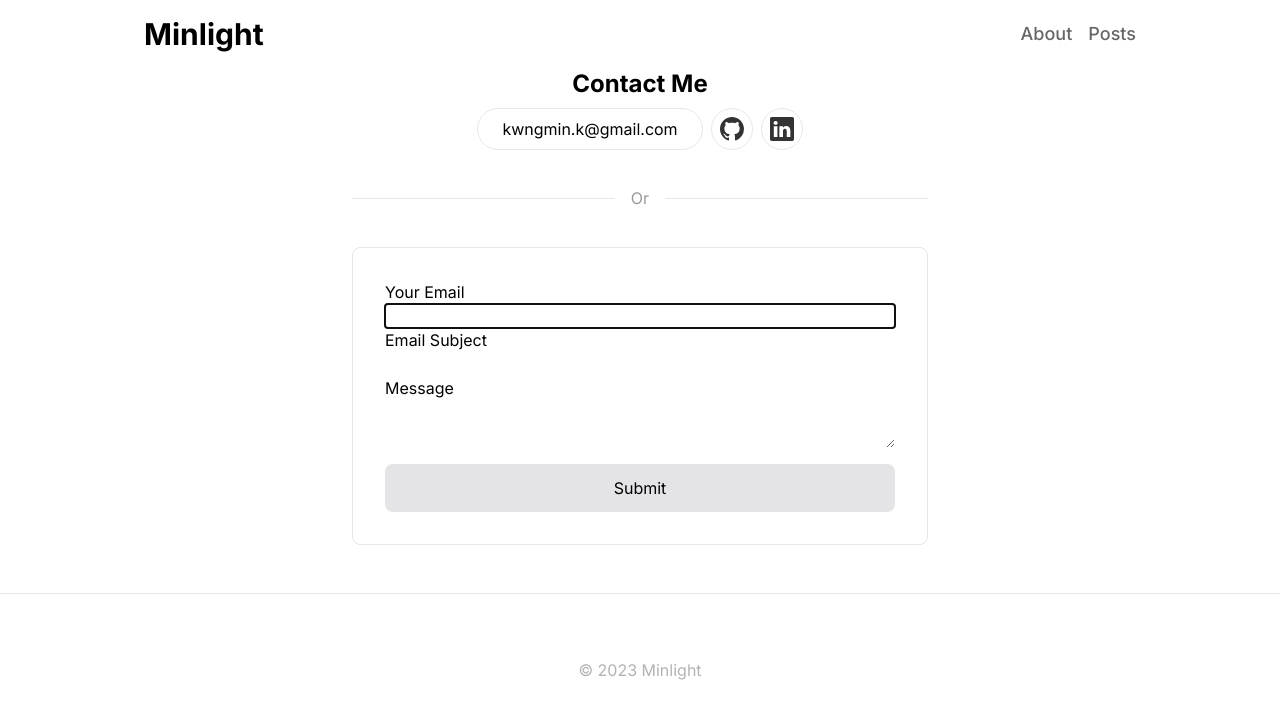
Repository: kwngmin/minlight-blog
Page: /contact
An editor plug-in stored every save of this project. The page is shown before and after the next save, followed by the edit.
The browser window is 1280 px wide. The pictures show the whole page.
The project was rebuilt for these pictures with package versions that can differ from the ones it lists, and the page was loaded fresh each time. The framework's server and built-in components were replaced by stand-ins that run in the browser. Also part of the build but not shown: next.config.js, src/components/banner.tsx.

Above is the page before, as saved 2023-04-03 17:07:01.

### src/app/layout.tsx
import Footer from "@/components/Footer";
import "./globals.css";
import { Inter } from "next/font/google";
import Header from "@/components/Header";

const inter = Inter({ subsets: ["latin"] });

export const metadata = {
  title: "Create Next App",
  description: "Generated by create next app",
};

export default function RootLayout({
  children,
}: {
  children: React.ReactNode;
}) {
  return (
    <html lang="en" className={inter.className}>
      <body className="flex flex-col">
        <Header />
        <main className="max-w-screen-lg mx-auto w-full grow px-4">
          {children}
        </main>
        <Footer />
      </body>
    </html>
  );
}

### src/app/contact/page.tsx
import ContactForm from "@/components/ContactForm";
import { BsLinkedin, BsGithub } from "react-icons/bs";
export default function ContactPage() {
  const LINKS = [
    { icon: <BsGithub />, url: "https://github.com/kwngmin" },
    {
      icon: <BsLinkedin />,
      url: "https://www.linkedin.com/in/%EA%B4%91%EB%AF%BC-%EA%B9%80-52b83a25a/",
    },
  ];
  return (
    <section className="flex flex-col items-center gap-2 max-w-xl mx-auto">
      <h2 className="text-2xl font-bold">Contact Me</h2>
      <ul className="flex justify-center items-center gap-2">
        <a
          href="mailto:kwngmin.k@gmail.com"
          className="px-6 rounded-full hover:bg-black hover:text-white py-2 border"
        >
          kwngmin.k@gmail.com
        </a>
        {LINKS.map(({ url, icon }, index) => (
          <a
            href={url}
            key={index}
            target="_blank"
            rel="noreferrer"
            className="text-2xl text-black/80 hover:bg-black hover:text-white rounded-full p-2 border"
          >
            {icon}
          </a>
        ))}
      </ul>
      <div className="w-full relative flex justify-center">
        <div className="w-full my-10 border-b"></div>
        <span className="absolute top-7 bg-white px-4 text-black/40">Or</span>
      </div>
      <ContactForm />
    </section>
  );
}

### src/components/Footer.tsx
export default function Footer() {
  return (
    <section className="text-center py-16 text-black/30 border-t mt-12">
      © 2023 Minlight
    </section>
  );
}

### src/app/globals.css
@tailwind base;
@tailwind components;
@tailwind utilities;

* {
  box-sizing: border-box;
  padding: 0;
  margin: 0;
}

html,
body {
  height: 100vh;
  overflow-y: auto;
}

/*
:root {
  --max-width: 1100px;
  --border-radius: 12px;
  --font-mono: ui-monospace, Menlo, Monaco, "Cascadia Mono", "Segoe UI Mono",
    "Roboto Mono", "Oxygen Mono", "Ubuntu Monospace", "Source Code Pro",
    "Fira Mono", "Droid Sans Mono", "Courier New", monospace;

  --foreground-rgb: 0, 0, 0;
  --background-start-rgb: 214, 219, 220;
  --background-end-rgb: 255, 255, 255;

  --primary-glow: conic-gradient(
    from 180deg at 50% 50%,
    #16abff33 0deg,
    #0885ff33 55deg,
    #54d6ff33 120deg,
    #0071ff33 160deg,
    transparent 360deg
  );
  --secondary-glow: radial-gradient(
    rgba(255, 255, 255, 1),
    rgba(255, 255, 255, 0)
  );

  --tile-start-rgb: 239, 245, 249;
  --tile-end-rgb: 228, 232, 233;
  --tile-border: conic-gradient(
    #00000080,
    #00000040,
    #00000030,
    #00000020,
    #00000010,
    #00000010,
    #00000080
  );

  --callout-rgb: 238, 240, 241;
  --callout-border-rgb: 172, 175, 176;
  --card-rgb: 180, 185, 188;
  --card-border-rgb: 131, 134, 135;
}

@media (prefers-color-scheme: dark) {
  :root {
    --foreground-rgb: 255, 255, 255;
    --background-start-rgb: 0, 0, 0;
    --background-end-rgb: 0, 0, 0;

    --primary-glow: radial-gradient(rgba(1, 65, 255, 0.4), rgba(1, 65, 255, 0));
    --secondary-glow: linear-gradient(
      to bottom right,
      rgba(1, 65, 255, 0),
      rgba(1, 65, 255, 0),
      rgba(1, 65, 255, 0.3)
    );

    --tile-start-rgb: 2, 13, 46;
    --tile-end-rgb: 2, 5, 19;
    --tile-border: conic-gradient(
      #ffffff80,
      #ffffff40,
      #ffffff30,
      #ffffff20,
      #ffffff10,
      #ffffff10,
      #ffffff80
    );

    --callout-rgb: 20, 20, 20;
    --callout-border-rgb: 108, 108, 108;
    --card-rgb: 100, 100, 100;
    --card-border-rgb: 200, 200, 200;
  }
}

* {
  box-sizing: border-box;
  padding: 0;
  margin: 0;
}

html,
body {
  max-width: 100vw;
  overflow-x: hidden;
}

body {
  color: rgb(var(--foreground-rgb));
  background: linear-gradient(
      to bottom,
      transparent,
      rgb(var(--background-end-rgb))
    )
    rgb(var(--background-start-rgb));
}

a {
  color: inherit;
  text-decoration: none;
}

@media (prefers-color-scheme: dark) {
  html {
    color-scheme: dark;
  }
} */

### src/components/Header.tsx
import Link from "next/link";

const navData = [
  { name: "About", path: "/about" },
  { name: "Posts", path: "/posts" },
];

export default function Header() {
  return (
    <div className="w-full flex justify-between items-center p-4 mx-auto max-w-screen-lg">
      <Link href="/">
        <h1 className="text-3xl font-bold">Minlight</h1>
      </Link>
      <nav className="flex gap-4 px-4 lg:px-0">
        {navData.map(({ name, path }) => (
          <Link
            href={path}
            key={path}
            className="text-black/60 hover:text-black text-lg font-medium hover:underline decoration-slate-400 hover:decoration-4 underline-offset-8"
          >
            {name}
          </Link>
        ))}
      </nav>
    </div>
  );
}

### src/components/ContactForm.tsx
"use client";
import { ChangeEvent, FormEvent, useState } from "react";
import Banner, { BannerData } from "./banner";

type Form = {
  from: string;
  subject: string;
  message: string;
};
export default function ContactForm() {
  const [form, setForm] = useState<Form>({
    from: "",
    subject: "",
    message: "",
  });
  const [banner, setBanner] = useState<BannerData | null>(null);
  const onChange = (e: ChangeEvent<HTMLInputElement | HTMLTextAreaElement>) => {
    const { name, value } = e.target;
    setForm((prev) => ({ ...prev, [name]: value }));
  };
  const onSubmit = (e: FormEvent<HTMLFormElement>) => {
    e.preventDefault();
    console.log(e.target);
    setBanner({ message: "성공했어", state: "success" });
    // setTimeout(() => {
    //   setBanner(null);
    // }, 5000);
    // setForm({
    //   from: "",
    //   subject: "",
    //   message: "",
    // });
  };
  return (
    <>
      {banner && <Banner banner={banner} />}
      <form
        onSubmit={onSubmit}
        className="flex flex-col border p-8 w-full rounded-lg"
      >
        <label htmlFor="from">Your Email</label>
        <input
          type="email"
          id="from"
          required
          autoFocus
          name="from"
          value={form.from}
          onChange={onChange}
        />
        <label htmlFor="subject">Email Subject</label>
        <input
          type="string"
          id="subject"
          required
          name="subject"
          value={form.subject}
          onChange={onChange}
        />
        <label htmlFor="message">Message</label>
        <textarea
          row={10}
          id="message"
          required
          name="message"
          value={form.message}
          onChange={onChange}
          className="mb-4"
        />
        <button className="bg-zinc-200 hover:bg-zinc-300 rounded-lg h-12">
          Submit
        </button>
      </form>
    </>
  );
}

### tailwind.config.js
/** @type {import('tailwindcss').Config} */
module.exports = {
  content: ["./src/**/*.{js,ts,jsx,tsx}"],
  theme: {
    extend: {},
  },
  plugins: [require("@tailwindcss/typography")],
};

After the next save:
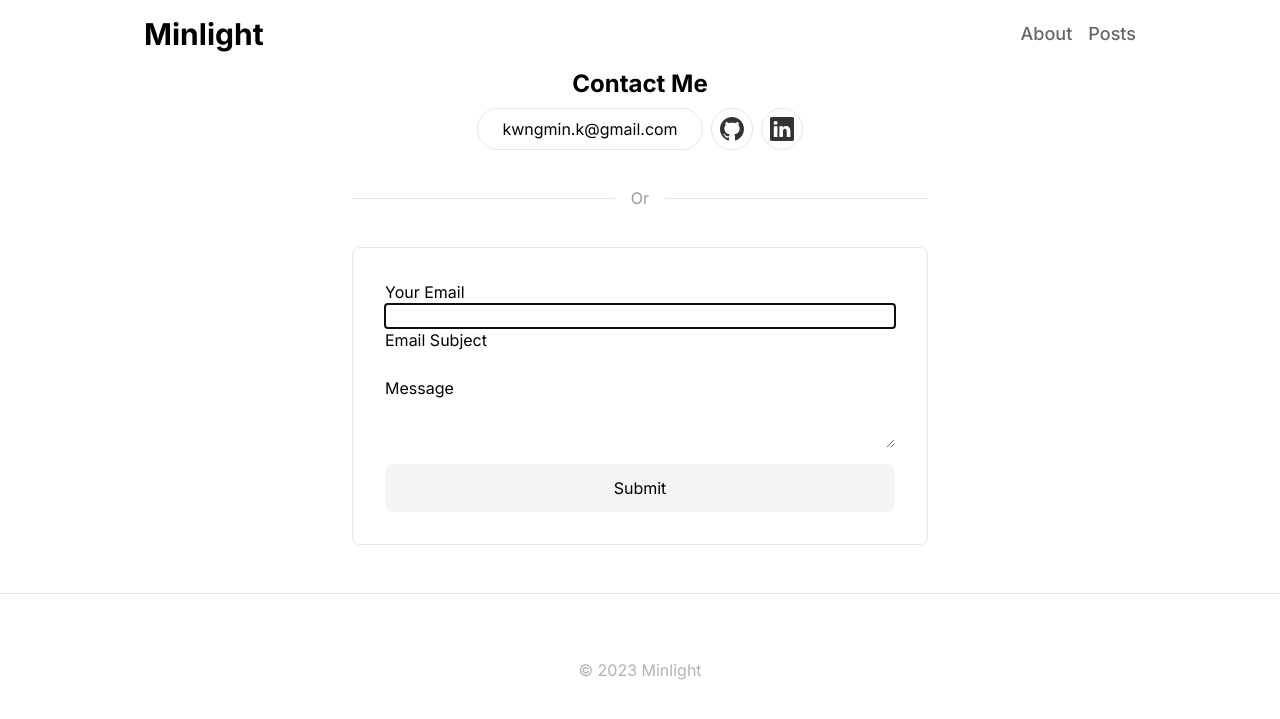
Saved 8 s later.
--- a/src/components/ContactForm.tsx
+++ b/src/components/ContactForm.tsx
@@ -67,7 +67,7 @@ export default function ContactForm() {
           onChange={onChange}
           className="mb-4"
         />
-        <button className="bg-zinc-200 hover:bg-zinc-300 rounded-lg h-12">
+        <button className="bg-zinc-100 hover:bg-zinc-300 rounded-lg h-12">
           Submit
         </button>
       </form>
